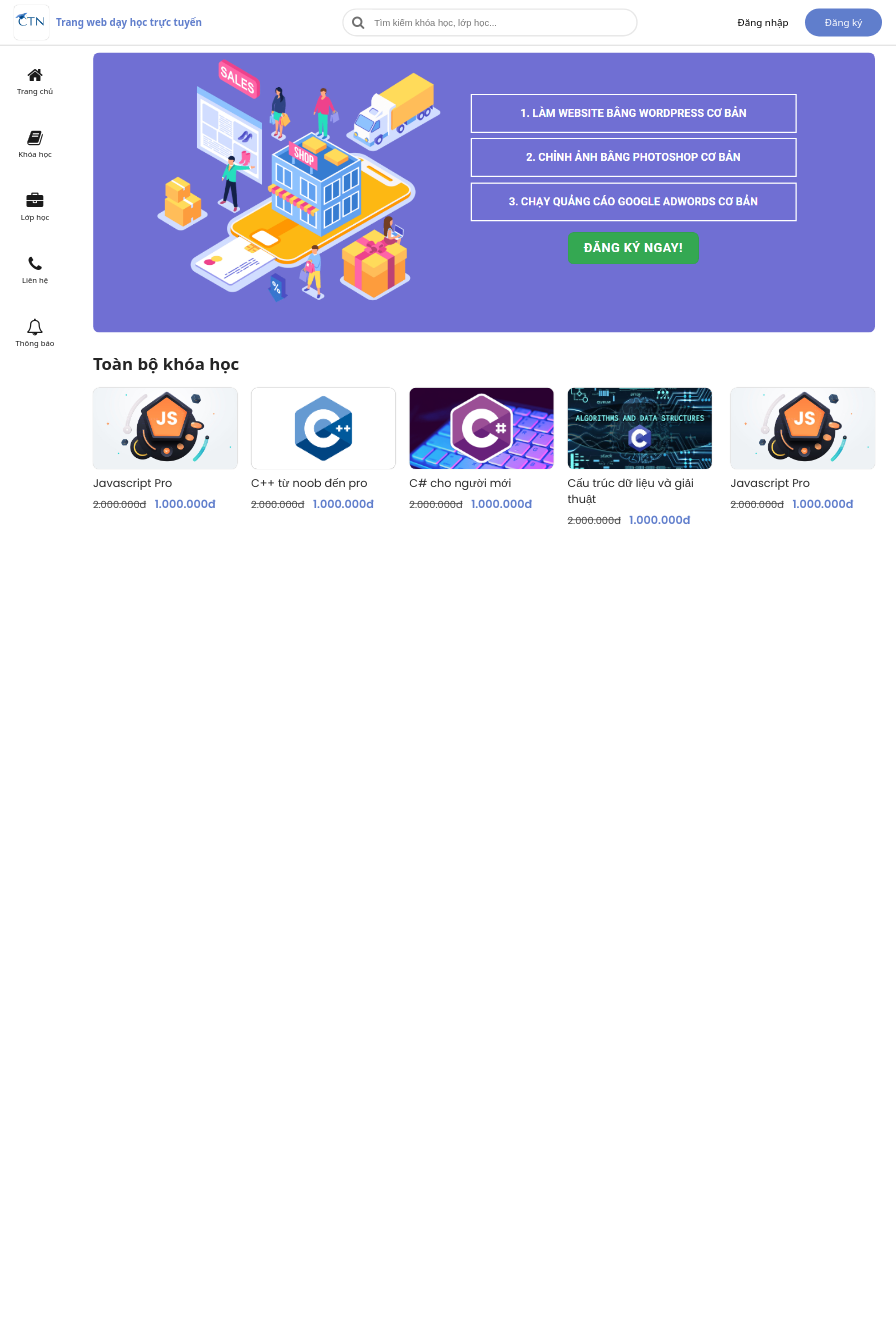
Repository: Nieday306/shophoaqua
Page: index.html
An editor plug-in stored every save of this project. The page is shown before and after the next save, followed by the edit.
The browser window is 1280 px wide. The pictures show the part of the page from y = 0 to 1920 px (the page is 5575 px tall), at 70% of full size.

Above is the page before, as saved 2024-04-07 16:42:29.

### index.html
<!DOCTYPE html>
<html lang="en">
  <head>
    <meta charset="UTF-8" />
    <meta name="viewport" content="width=device-width, initial-scale=1.0" />
    <!-- reset css -->
    <link rel="stylesheet" href="./assets/css/reset.css" />
    <!-- style css -->
    <link rel="stylesheet" href="./assets/css/style.css" />
    <!-- font  -->
    <link rel="stylesheet" href="./assets/font/stylesheet.css" />
    <title>CTN - Ứng dụng học lập trình trực tuyến</title>
    <!-- favicon -->
    <link
      rel="apple-touch-icon"
      sizes="57x57"
      href="./assets/Favicon/apple-icon-57x57.png"
    />
    <link
      rel="apple-touch-icon"
      sizes="60x60"
      href="./assets/Favicon/apple-icon-60x60.png"
    />
    <link
      rel="apple-touch-icon"
      sizes="72x72"
      href="./assets/Favicon/apple-icon-72x72.png"
    />
    <link
      rel="apple-touch-icon"
      sizes="76x76"
      href="./assets/Favicon/apple-icon-76x76.png"
    />
    <link
      rel="apple-touch-icon"
      sizes="114x114"
      href="./assets/Favicon/apple-icon-114x114.png"
    />
    <link
      rel="apple-touch-icon"
      sizes="120x120"
      href="./assets/Favicon/apple-icon-120x120.png"
    />
    <link
      rel="apple-touch-icon"
      sizes="144x144"
      href="./assets/Favicon/apple-icon-144x144.png"
    />
    <link
      rel="apple-touch-icon"
      sizes="152x152"
      href="./assets/Favicon/apple-icon-152x152.png"
    />
    <link
      rel="apple-touch-icon"
      sizes="180x180"
      href="./assets/Favicon/apple-icon-180x180.png"
    />
    <link
      rel="icon"
      type="image/png"
      sizes="192x192"
      href="./assets/Favicon/android-icon-192x192.png"
    />
    <link
      rel="icon"
      type="image/png"
      sizes="32x32"
      href="./assets/Favicon/favicon-32x32.png"
    />
    <link
      rel="icon"
      type="image/png"
      sizes="96x96"
      href="./assets/Favicon/favicon-96x96.png"
    />
    <link
      rel="icon"
      type="image/png"
      sizes="16x16"
      href="./assets/Favicon/favicon-16x16.png"
    />
    <link rel="manifest" href="./assets/Favicon/manifest.json" />
    <meta name="msapplication-TileColor" content="#ffffff" />
    <meta
      name="msapplication-TileImage"
      content="./assets/Favicon/ms-icon-144x144.png"
    />
    <meta name="theme-color" content="#ffffff" />
    <link
      rel="stylesheet"
      href="https://cdnjs.cloudflare.com/ajax/libs/font-awesome/4.7.0/css/font-awesome.min.css"
    />
  </head>
  <body>
    <!-- header -->
    <header>
      <div class="header">
        <div class="header-top">
          <div class="logo">
            <img class="logo-img" src="./assets/img/logo.png" alt="CTN" />
            <span class="logo-desc">Trang web dạy học trực tuyến</span>
          </div>
          <form action="" class="search" method="post">
            <input
              class="search__txt"
              type="search"
              name="search"
              id="search"
              placeholder="Tìm kiếm khóa học, lớp học..."
            />
            <button class="search__submit" type="submit">
              <i class="fa fa-search" style="font-size: 19px"></i>
            </button>
          </form>
          <div class="header__log">
            <a href="./login.html" class="btn header__login">Đăng nhập</a>
            <a href="#!" class="btn header__register">Đăng ký</a>
          </div>
        </div>
      </div>
    </header>
    <!-- main -->
    <main>
      <div class="sidebar">
        <ul class="sidebar__menu">
          <li class="sidebar__item">
            <a href="#!" class="sidebar__desc"
              ><i class="fa fa-home" style="font-size: 24px"></i
              ><span>Trang chủ</span></a
            >
          </li>
          <li class="sidebar__item">
            <a href="#!" class="sidebar__desc"
              ><i class="fa fa-book" style="font-size: 24px"></i
              ><span>Khóa học</span></a
            >
          </li>
          <li class="sidebar__item">
            <a href="#!" class="sidebar__desc"
              ><i class="fa fa-briefcase" style="font-size: 24px"></i
              ><span>Lớp học</span></a
            >
          </li>
          <li class="sidebar__item">
            <a href="#!" class="sidebar__desc"
              ><i class="fa fa-phone" style="font-size: 24px"></i
              ><span>Liên hệ</span></a
            >
          </li>
          <li class="sidebar__item">
            <a href="#!" class="sidebar__desc"
              ><i class="fa fa-bell-o" style="font-size: 24px"></i
              ><span>Thông báo</span></a
            >
          </li>
        </ul>
        <div class="sidebar__content">
          <!-- banner -->
          <div class="content__banner">
            <div class="container">
              <div class="banner">
                <img
                  src="./assets/img/banner-content.png"
                  alt="banner"
                  class="banner-img"
                />
              </div>
            </div>
          </div>
          <!-- course -->
          <div class="content__course">
            <div class="container">
              <h2 class="course-title">Toàn bộ khóa học</h2>
              <div class="list__course">
                <!-- item 1 -->
                <div class="course__item">
                  <a href="#!" class="course__item-link">
                    <img
                      src="./assets/img/course-js.jpg"
                      alt=""
                      class="course-thumnail"
                    />
                    <span class="course-desc">Javascript Pro</span>
                    <span class="price">
                      <span class="pre-price">2.000.000đ</span>
                      <span class="price-final">1.000.000đ</span>
                    </span>
                  </a>
                </div>
                <!-- item 2 -->
                <div class="course__item">
                  <a href="#!" class="course__item-link">
                    <img
                      src="./assets/img/course-c.png"
                      alt=""
                      class="course-thumnail"
                    />
                    <span class="course-desc">C++ từ noob đến pro</span>
                    <span class="price">
                      <span class="pre-price">2.000.000đ</span>
                      <span class="price-final">1.000.000đ</span>
                    </span>
                  </a>
                </div>
                <!-- item 3 -->
                <div class="course__item">
                  <a href="#!" class="course__item-link">
                    <img
                      src="./assets/img/course-Csharp.png"
                      alt=""
                      class="course-thumnail"
                    />
                    <span class="course-desc">C# cho người mới</span>
                    <span class="price">
                      <span class="pre-price">2.000.000đ</span>
                      <span class="price-final">1.000.000đ</span>
                    </span>
                  </a>
                </div>
                <!-- item 4 -->
                <div class="course__item">
                  <a href="#!" class="course__item-link">
                    <img
                      src="./assets/img/course-ctdlvgt.jpg"
                      alt=""
                      class="course-thumnail"
                    />
                    <span class="course-desc"
                      >Cấu trúc dữ liệu và giải thuật</span
                    >
                    <span class="price">
                      <span class="pre-price">2.000.000đ</span>
                      <span class="price-final">1.000.000đ</span>
                    </span>
                  </a>
                </div>
                <!-- item 5 -->
                <div class="course__item">
                  <a href="#!" class="course__item-link">
                    <img
                      src="./assets/img/course-js.jpg"
                      alt=""
                      class="course-thumnail"
                    />
                    <span class="course-desc">Javascript Pro</span>
                    <span class="price">
                      <span class="pre-price">2.000.000đ</span>
                      <span class="price-final">1.000.000đ</span>
                    </span>
                  </a>
                </div>
              </div>
            </div>
          </div>
        </div>
      </div>
    </main>
    <!-- footer -->
    <footer></footer>
  </body>
</html>

### assets/css/style.css
:root {
  --primary-color: #607ecc;
  --font-secondary: system-ui, -apple-system, BlinkMacSystemFont, "Segoe UI",
    Roboto, Oxygen, Ubuntu, Cantarell, "Open Sans", "Helvetica Neue", sans-serif;
}
* {
  box-sizing: border-box;
}

html,
body {
  scroll-behavior: smooth;
}

html {
  font-size: 62.5%;
}

body {
  font-size: 1.6rem;
  font-family: "Poppins", sans-serif;
  margin: 0px auto;
}

/*================== common =========================*/

a {
  text-decoration: none;
}

.btn {
  display: inline-block;
  color: #fff;
  font-size: 1.4rem;
  font-family: var(--font-secondary);
  font-weight: 500;
  background-color: var(--primary-color);
  height: 40px;
  padding: 0 8px;
  border: 1px solid --primary-color;
  border-radius: 999px;
  text-align: center;
  min-width: 110px;
  line-height: 40px;
}

.btn:hover {
  opacity: 0.9;
}

.container {
  width: 1117px;
  margin: 0px auto;
}

/* =======================header==================== */

header {
  position: sticky;
  height: 65px;
  left: 0;
  top: 0;
  z-index: 20;
}

.header-top {
  height: 65px;
  background-color: #fff;
  display: flex;
  align-items: center;
  /* justify-content: space-between; */
  border-bottom: 1px solid #ccc;
}

.logo {
  display: flex;
  align-items: center;
  gap: 0 10px;
  margin-left: 20px;
}

.logo-img {
  width: 50px;
  height: 50px;
  object-fit: cover;
  border-radius: 7px;
  box-shadow: 0px 0px 1px rgb(3, 3, 3, 0.5);
}

.logo-desc {
  font-family: var(--font-secondary);
  font-size: 1.4rem;
  color: var(--primary-color);
  font-weight: 700;
}

.search {
  margin-left: 200px;
  height: 40px;
  width: 422px;
  border: 2px solid #e8e8e8;
  border-radius: 20px;
  transition: border 0.5s ease;
  display: flex;
  align-items: center;
  justify-content: space-between;
  flex-direction: row-reverse;
}

.search:focus-within {
  border-color: #777;
}

.search__submit {
  width: 10%;
  height: 100%;
  border-radius: 20px 0 0 20px;
  color: #707070;
  border: none;
  outline: none;
  background-color: #fff;
  cursor: pointer;
}

.fa-search {
  color: inherit;
}

.search__txt {
  height: 100%;
  background-color: transparent;
  width: 90%;
  outline: none;
  border-radius: 0 20px 20px 0;
  border: none;
}

.search__txt:not(:placeholder-shown) ~ .search__submit {
  color: #444;
  cursor: pointer;
}

.search__txt:placeholder-shown ~ .search__submit {
  cursor: not-allowed;
}

.header__log {
  margin-left: auto;
  display: flex;
  align-items: center;
  gap: 5px;
}

.header__login {
  background-color: #fff;
  color: #000;
}

.header__register {
  margin-right: 20px;
}
/* =======================main========================= */

.sidebar {
  margin-top: 10px;
  display: flex;
  min-width: 100vh;
}

.sidebar__menu {
  height: 100%;

  position: fixed;
  width: 8%;
  margin-left: 10px;
  display: flex;
  flex-direction: column;
  gap: 10px;
  /* border-right: 1px solid #ccc; */
}

.sidebar__item {
}

.sidebar__desc {
  display: inline-flex;
  flex-direction: column;
  align-items: center;
  justify-content: center;
  gap: 5px;
  height: 80px;
  width: 80px;
  font-weight: 500;
  font-size: 1.1rem;
  font-family: var(--font-secondary);
  color: #1a1a1a;
  padding: 10px;
  border-radius: 9px;
}
.sidebar__desc:hover {
  background-color: #e8ebed;
}

.sidebar__content {
  margin-left: 8%;
  width: 92%;
  height: 5000px;
}

.banner-img {
  width: 1117px;
  height: 400px;
  object-fit: cover;
  border-radius: 9px;
}

/* course */

.content__course {
  margin-top: 30px;
}

.course-title {
  color: #242424;
  font-family: var(--font-secondary);
  font-size: 2.4rem;
  font-weight: 900;
  margin-right: auto;
}

.list__course {
  margin-top: 22px;
  display: flex;
  gap: 20px;
}

.course__item-link {
  display: flex;
  flex-direction: column;
}

.course-thumnail {
  width: 206px;
  height: 116px;
  box-shadow: 0 0 1px rgba(3, 3, 3, 0.5);
  object-fit: cover;
  border-radius: 9px;
}

.course-desc {
  display: inline-block;
  color: #292929;
  display: -webkit-box;
  font-size: 1.6rem;
  line-height: 1.4;
  white-space: 10;
  overflow: hidden;
  margin: 10px 0;
}

.pre-price {
  color: #444;
  font-size: 1.4rem;
  margin-right: 8px;
  text-decoration: line-through;
}

.price-final {
  color: var(--primary-color);
  font-size: 1.6rem;
  font-weight: 600;
}

/* footer */
footer {
  height: 500px;
  background-color: #000;
  margin-left: 9%;
}

### assets/font/stylesheet.css
@font-face {
    font-family: 'Poppins';
    src: url('Poppins-Black.woff2') format('woff2'),
        url('Poppins-Black.woff') format('woff');
    font-weight: 900;
    font-style: normal;
    font-display: swap;
}

@font-face {
    font-family: 'Poppins';
    src: url('Poppins-Bold.woff2') format('woff2'),
        url('Poppins-Bold.woff') format('woff');
    font-weight: bold;
    font-style: normal;
    font-display: swap;
}

@font-face {
    font-family: 'Poppins';
    src: url('Poppins-BlackItalic.woff2') format('woff2'),
        url('Poppins-BlackItalic.woff') format('woff');
    font-weight: 900;
    font-style: italic;
    font-display: swap;
}

@font-face {
    font-family: 'Poppins';
    src: url('Poppins-BoldItalic.woff2') format('woff2'),
        url('Poppins-BoldItalic.woff') format('woff');
    font-weight: bold;
    font-style: italic;
    font-display: swap;
}

@font-face {
    font-family: 'Poppins';
    src: url('Poppins-ExtraLightItalic.woff2') format('woff2'),
        url('Poppins-ExtraLightItalic.woff') format('woff');
    font-weight: 200;
    font-style: italic;
    font-display: swap;
}

@font-face {
    font-family: 'Poppins';
    src: url('Poppins-ExtraBoldItalic.woff2') format('woff2'),
        url('Poppins-ExtraBoldItalic.woff') format('woff');
    font-weight: bold;
    font-style: italic;
    font-display: swap;
}

@font-face {
    font-family: 'Poppins';
    src: url('Poppins-ExtraBold.woff2') format('woff2'),
        url('Poppins-ExtraBold.woff') format('woff');
    font-weight: bold;
    font-style: normal;
    font-display: swap;
}

@font-face {
    font-family: 'Poppins';
    src: url('Poppins-Italic.woff2') format('woff2'),
        url('Poppins-Italic.woff') format('woff');
    font-weight: normal;
    font-style: italic;
    font-display: swap;
}

@font-face {
    font-family: 'Poppins';
    src: url('Poppins-ExtraLight.woff2') format('woff2'),
        url('Poppins-ExtraLight.woff') format('woff');
    font-weight: 200;
    font-style: normal;
    font-display: swap;
}

@font-face {
    font-family: 'Poppins';
    src: url('Poppins-Regular.woff2') format('woff2'),
        url('Poppins-Regular.woff') format('woff');
    font-weight: normal;
    font-style: normal;
    font-display: swap;
}

@font-face {
    font-family: 'Poppins';
    src: url('Poppins-LightItalic.woff2') format('woff2'),
        url('Poppins-LightItalic.woff') format('woff');
    font-weight: 300;
    font-style: italic;
    font-display: swap;
}

@font-face {
    font-family: 'Poppins';
    src: url('Poppins-SemiBold.woff2') format('woff2'),
        url('Poppins-SemiBold.woff') format('woff');
    font-weight: 600;
    font-style: normal;
    font-display: swap;
}

@font-face {
    font-family: 'Poppins';
    src: url('Poppins-Light.woff2') format('woff2'),
        url('Poppins-Light.woff') format('woff');
    font-weight: 300;
    font-style: normal;
    font-display: swap;
}

@font-face {
    font-family: 'Poppins';
    src: url('Poppins-Medium.woff2') format('woff2'),
        url('Poppins-Medium.woff') format('woff');
    font-weight: 500;
    font-style: normal;
    font-display: swap;
}

@font-face {
    font-family: 'Poppins';
    src: url('Poppins-MediumItalic.woff2') format('woff2'),
        url('Poppins-MediumItalic.woff') format('woff');
    font-weight: 500;
    font-style: italic;
    font-display: swap;
}

@font-face {
    font-family: 'Poppins';
    src: url('Poppins-Thin.woff2') format('woff2'),
        url('Poppins-Thin.woff') format('woff');
    font-weight: 100;
    font-style: normal;
    font-display: swap;
}

@font-face {
    font-family: 'Poppins';
    src: url('Poppins-ThinItalic.woff2') format('woff2'),
        url('Poppins-ThinItalic.woff') format('woff');
    font-weight: 100;
    font-style: italic;
    font-display: swap;
}

@font-face {
    font-family: 'Poppins';
    src: url('Poppins-SemiBoldItalic.woff2') format('woff2'),
        url('Poppins-SemiBoldItalic.woff') format('woff');
    font-weight: 600;
    font-style: italic;
    font-display: swap;
}

Loaded but not shown: assets/css/reset.css (common file)

After the next save:
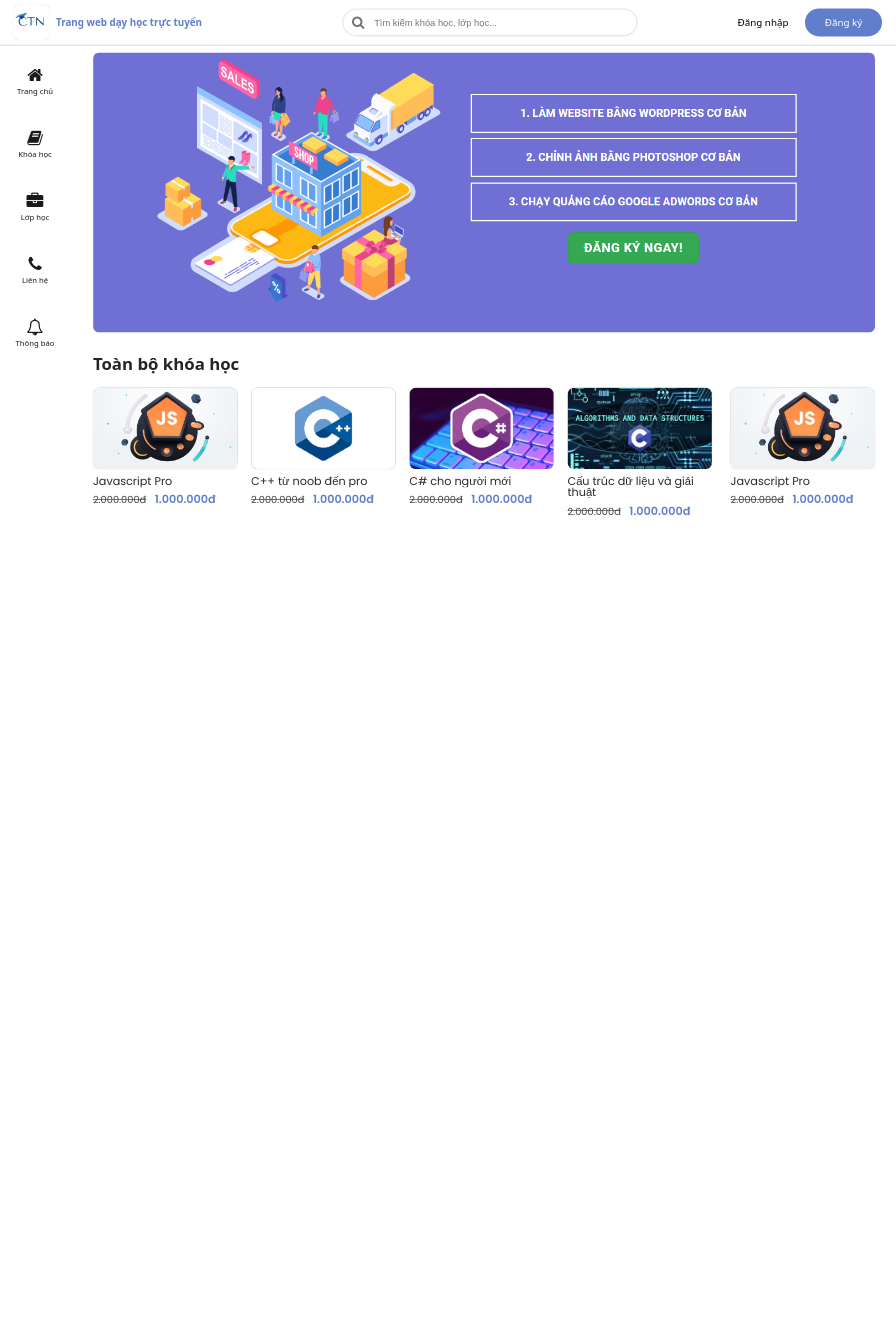
Saved 46 s later.
--- a/assets/css/style.css
+++ b/assets/css/style.css
@@ -252,8 +252,6 @@ header {
   color: #292929;
   display: -webkit-box;
   font-size: 1.6rem;
-  line-height: 1.4;
-  white-space: 10;
   overflow: hidden;
   margin: 10px 0;
 }
